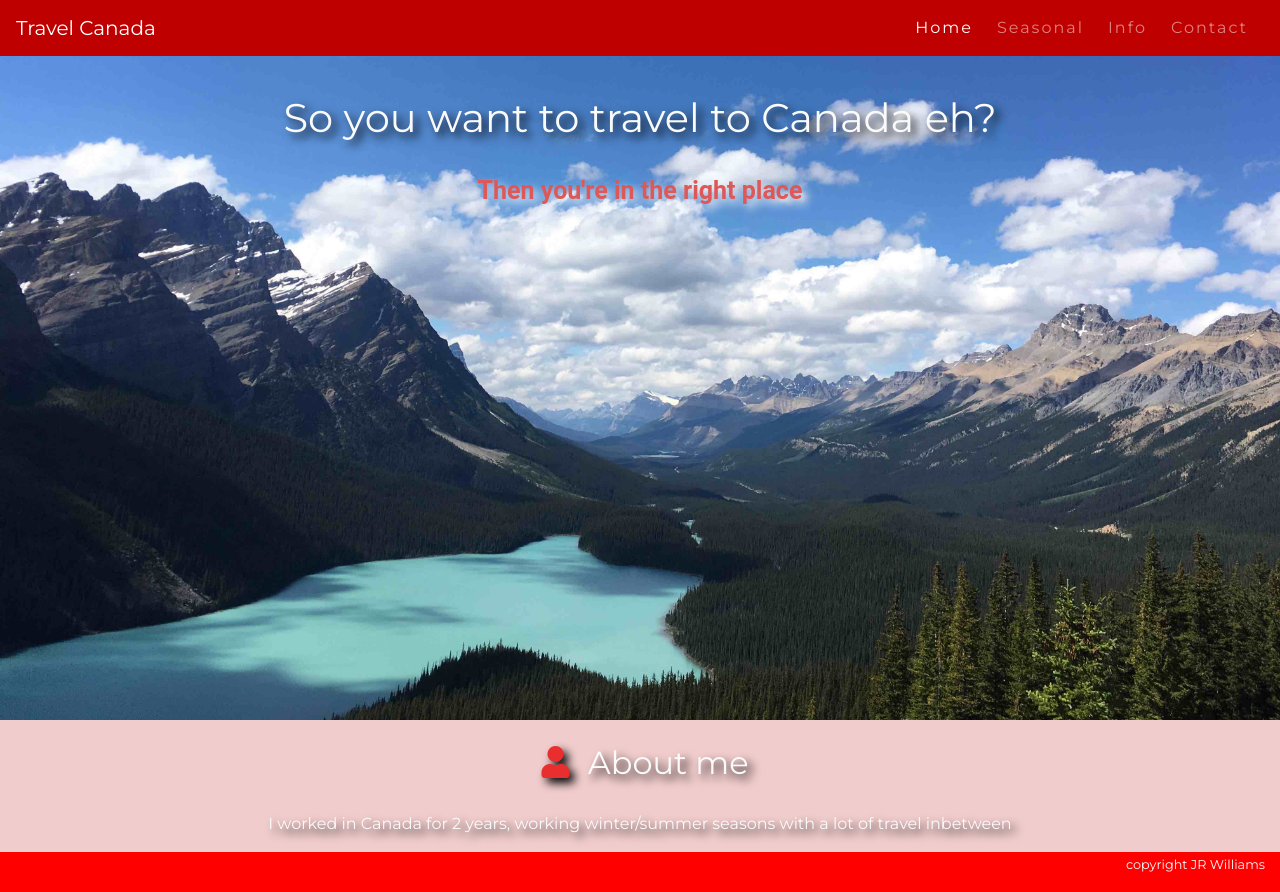
Repository: JonWil91/Travel-Canada
Page: index.html
The author's editor kept a record of every edit. The page is drawn from the files as they stood at one moment, then again after the next edit.
The browser window is 1280 px wide. The pictures show the whole page.
Backgrounds fixed to the window are drawn as part of the page. Some web libraries are served in a nearby version.

Above is the page before.

### index.html
<!DOCTYPE html>
<html lang="en">

<head>
    <meta charset="UTF-8">
    <meta name="viewport" content="width=device-width, initial-scale=1.0">
    <meta http-equiv="X-UA-Compatible" content="ie=edge">
    <title>Canada</title>
    <link rel="stylesheet" href="https://stackpath.bootstrapcdn.com/bootstrap/4.3.1/css/bootstrap.min.css" integrity="sha384-ggOyR0iXCbMQv3Xipma34MD+dH/1fQ784/j6cY/iJTQUOhcWr7x9JvoRxT2MZw1T" crossorigin="anonymous">
    <link href="https://fonts.googleapis.com/css?family=Montserrat:200,400,500i&display=swap" rel="stylesheet">
    <link rel="stylesheet" href="https://use.fontawesome.com/releases/v5.6.1/css/all.css" integrity="sha384-gfdkjb5BdAXd+lj+gudLWI+BXq4IuLW5IT+brZEZsLFm++aCMlF1V92rMkPaX4PP" crossorigin="anonymous">
    <link rel="stylesheet" href="css/style.css" type="text/css" />


    <body>

        <!-- navbar -->

        <div class="container-fluid navalert-container">
            <nav class="navbar navbar-dark navbar-expand-sm navbar-fixed-top">
                <a href="index.html" class="navbar-brand">Travel Canada</a>
                <button class="navbar-toggler ml-auto" type="button" data-toggle="collapse" data-target="#navbarNavDropdown" aria-controls="navbarNavDropdown" aria-expanded="false" aria-label="Toggle
        navigation">
            <span class="navbar-toggler-icon"></span>
        </button>
                <div class="collapse navbar-collapse" id="navbarNavDropdown">
                    <ul class="navbar-nav ml-auto">
                        <li class="active nav-item mr-2"><a class="nav-link" href="index.html">Home</a></li>
                        <li class="nav-item mr-2"><a class="nav-link" href="seasonal.html">Seasonal</a></li>
                        <li class="nav-item mr-2"><a class="nav-link" href="info.html">Info</a></li>
                        <li class="nav-item mr-2"><a class="nav-link" href="contact.html">Contact</a></li>

                    </ul>
                </div>
            </nav>
        </div>

        <!-- /navbar -->

        <!-- landing page -->


        <div class="container-fluid callout-container">
            <!-- Callout -->
            <div class="row">
                <div class="col-12">
                    <section class="callout jumbotron text-center">
                        <h1 class="jumbotron-header">So you want to travel to Canada eh?</h1>
                        <p class="lead">Then you're in the right place</p>
                    </section>
                </div>
            </div>
        </div>

        <!--/landing page-->

        <!-- about me -->

        <div class="container-fluid about-me text-center">
            <div class="row">
                <div class="col-12">
                    <h2><i class="fas fa-user icon my-3"></i> About me</h2>
                    <p>
                        I worked in Canada for 2 years, working winter/summer seasons with a lot of travel inbetween
                    </p>
                </div>
            </div>
        </div>

        <!-- /about me -->

        <!-- footer -->

        <div class="container-fluid footer">
            <div class="row">
                <div class="col-12">
                    <p class="ml-auto"><small>copyright JR Williams</small></p>

                </div>
            </div>
        </div>


        <!-- /footer -->











        <script src="https://code.jquery.com/jquery-3.3.1.slim.min.js" integrity="sha384-q8i/X+965DzO0rT7abK41JStQIAqVgRVzpbzo5smXKp4YfRvH+8abtTE1Pi6jizo" crossorigin="anonymous"></script>
        <script src="https://cdnjs.cloudflare.com/ajax/libs/popper.js/1.14.7/umd/popper.min.js" integrity="sha384-UO2eT0CpHqdSJQ6hJty5KVphtPhzWj9WO1clHTMGa3JDZwrnQq4sF86dIHNDz0W1" crossorigin="anonymous"></script>
        <script src="https://stackpath.bootstrapcdn.com/bootstrap/4.3.1/js/bootstrap.min.js" integrity="sha384-JjSmVgyd0p3pXB1rRibZUAYoIIy6OrQ6VrjIEaFf/nJGzIxFDsf4x0xIM+B07jRM" crossorigin="anonymous"></script>






    </body>

### css/style.css
body {
    font-family: 'Montserrat', sans-serif;
    background-color: #f1cccc;
}


/* Navbar */

.navalert-container {
    position: absolute;
    top: 0;
    left: 0;
    padding-left: 0;
    padding-right: 0;
    z-index: 1;
    background-color: #ff0000;
}

.navbar {
    margin-bottom: 0;
    border: 0;
    width: 100%;
    background-color: rgba(0, 0, 0, 0.25);
}

.navbar-toggler {
    border: none;
    background-color: transparent;
}

.navbar-brand {
    font-weight: 500;
}

.navbar-nav {
    letter-spacing: 2px;
}


/* /navbar */

/* landing page */

.callout-container {
    height: 100vh;
    background: url("../images/canada-landing-page.jpg") no-repeat bottom right fixed;
    -webkit-background-size: cover;
    -moz-background-size: cover;
    -o-background-size: cover;
    background-size: cover;

    display: flex;
    justify-content: center;
    position: relative;
}



.jumbotron {
    background-color: transparent;
    margin-top: 30px;
    color: #fafafa;
}

.jumbotron-header {
    font-size: 40px;
    color: #fafafa;
    text-shadow: 5px 5px 10px black;
}

.lead {
    margin-top: 30px;
    color: #de5858;
    font-family: 'Roboto', sans-serif;
    font-weight: 600;
    font-size: 25px;
    text-shadow: 5px 5px 10px #fafafa;

}

.about-me {
    color: #fafafa;
    text-shadow: 5px 5px 10px black;
}

.about-me-text {
    color: black;
}


/* /landing page */

/* seasonal */

.title-container {
    display: flex;
    justify-content: center;
    position: relative;
}

.container-subheading {
    display: flex;
    justify-content: center;
    position: relative;
}

.img-fluid {
    width: 100vh;
    height: 65vh;
    border-radius: 20px;
}


.icon {
    color: #e82e2e;
    padding: 10px;
    transition: all 0.3s ease 0s;
}

.icon:hover {
    color: #f59e42;
}

.season-title {
    padding: 0 0 20px 0;

}

.season-section {
    font-size: 18px;
    padding: 10px;
}

.card-header {
    justify-content: center;
    display: flex;
    background-color: transparent;
    border: none;
    text-decoration: none;
}

button {
    text-decoration: none;
}

.btn-link {
    font-size: 20px;
}

.btn-link:hover,
.btn-link:active,
.btn-link:focus {
    text-decoration: none;
    background-color: #ff0000;
    color: #fafafa;
    font-size: 20px;
    border-radius: 5px;
}


/* /seasonal */


/* Info */


.title {
    color: #fafafa;
}

.timeline-item {
    padding: 4em 2em 0em 2em;
    position: relative;
    color: red;
    border-left: 1px solid;
}

.timeline-item p {
    padding: 0;
    margin: 0;
}

.timeline-item:before {
    content: attr(data-dates);
    position: absolute;
    left: 2.5em;
    top: 3em;
    display: block;
    font-family: "Exo", sans-serif;
    font-weight: 500;
    font-size: 0.8em;
    padding: 0;
    margin: 0;
}

.timeline-item:after {
    width: 12px;
    height: 12px;
    display: block;
    top: 2.4em;
    position: absolute;
    left: -6px;
    border-radius: 12px;
    content: '';
    background-color: #fafafa;
}

.history-items {
    margin-bottom: 30px;
}

.extra-info {
    color: red;
}

.card,
.card-reader {
    background-color: transparent;
    border: none !important;
    padding: 0;
    margin-bottom: 20px;
}

.flag-picture {
    width: 90vh;
    height: 65vh;
    border-radius: 20px;
    margin-top: 90px
}

/* /Info */

/* Contact */

.contact-box {
    height: 50px;
}



/* /Contact */

/* Footer */

.footer {
    background-color: #ff0000;
    color: #fafafa;
    float: right;
}

.footer-contact {
    background-color: #ff0000;
    color: #fafafa;
    float: right;
    position: absolute;
    bottom: 0;
}

.ml-auto {
    float: right;
}

/* /footer */

After the next edit:
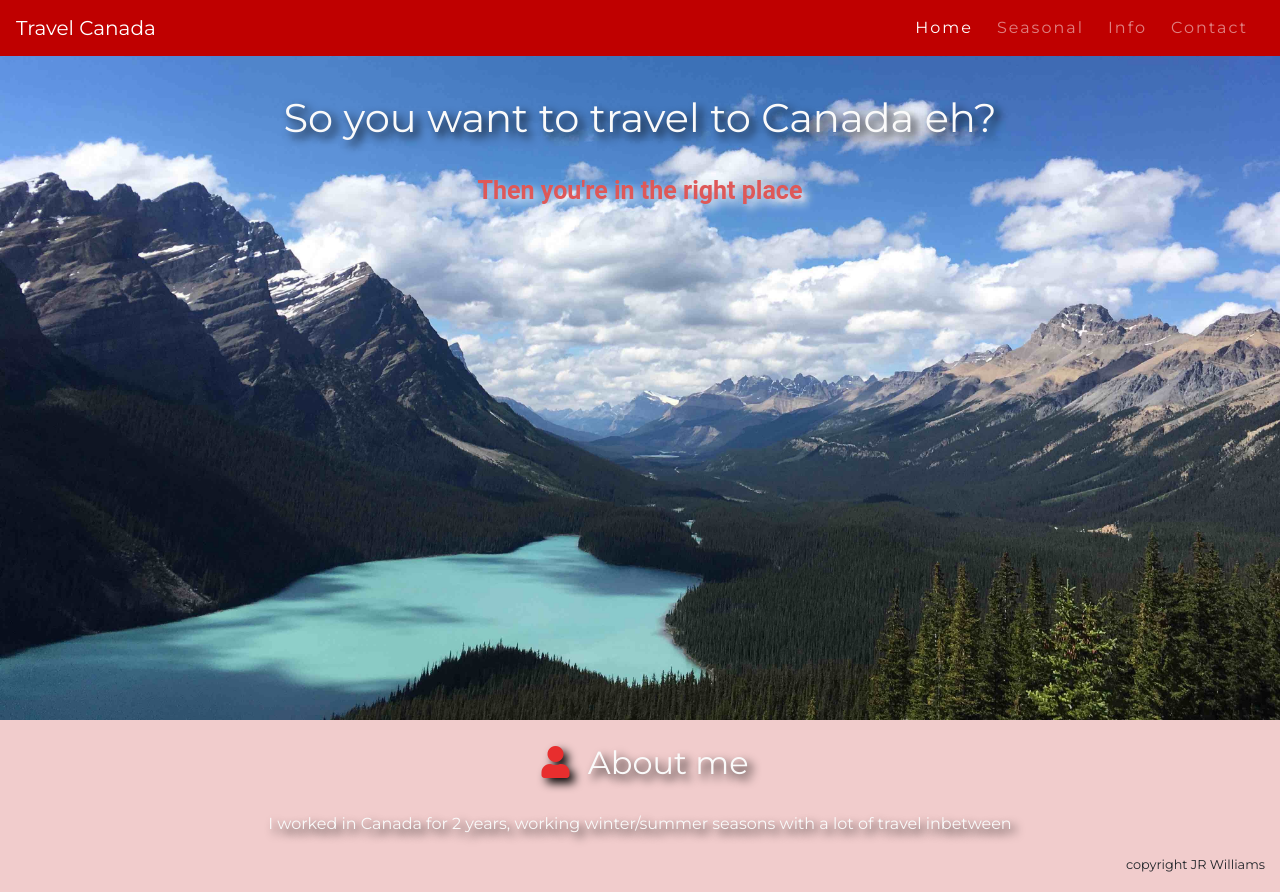
The edit:
--- a/css/style.css
+++ b/css/style.css
@@ -236,7 +236,10 @@
     height: 50px;
 }
 
-
+.contact-button {
+    background-color: #f59e42;
+}
+}
 
 /* /Contact */
 

After the edit that followed:
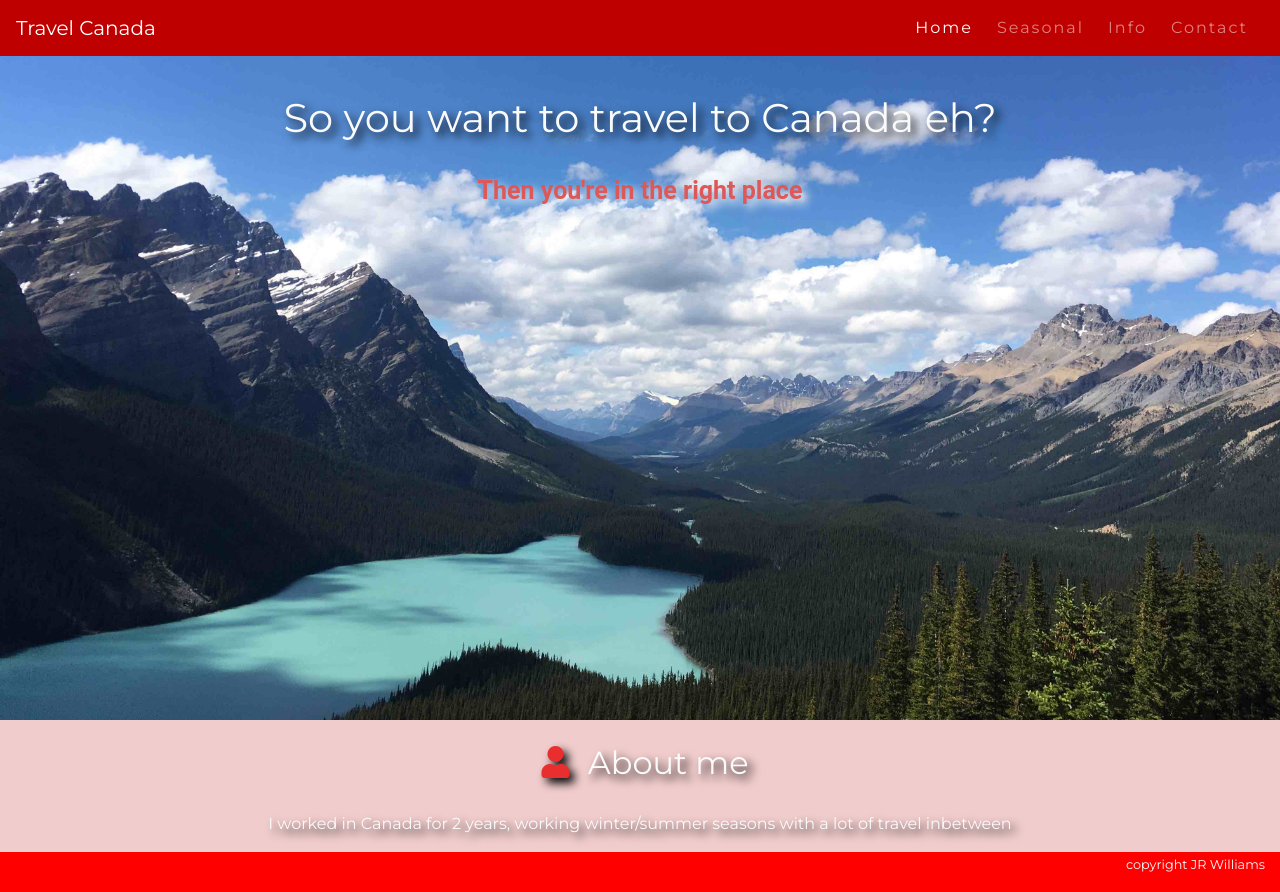
The edit:
--- a/css/style.css
+++ b/css/style.css
@@ -239,7 +239,7 @@
 .contact-button {
     background-color: #f59e42;
 }
-}
+
 
 /* /Contact */
 
